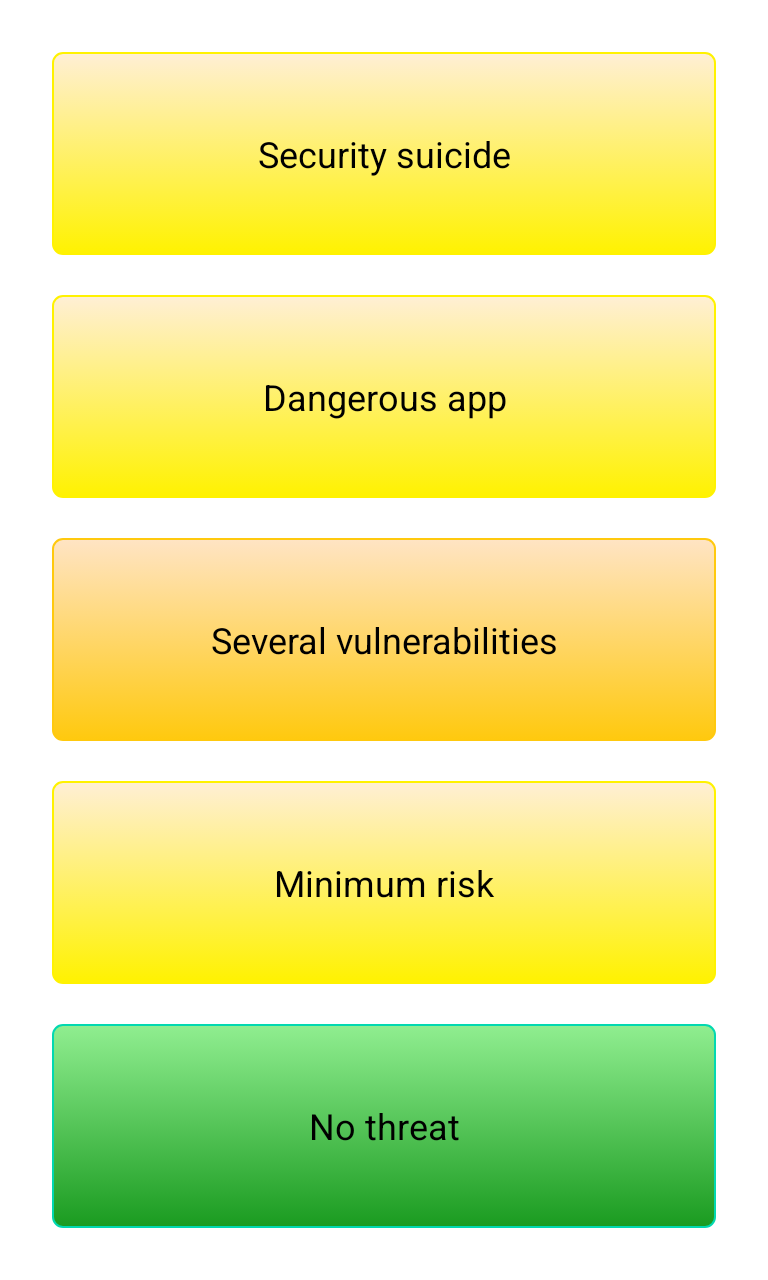
Repository: n0whereman/feidroid
Layout: Src/ApplicationViewer/res/layout/fragment_analysis2.xml
The author's editor kept a copy of each file at every save. The layout is drawn from the files as they stood at one save, then again after the next save.
It is drawn on a 768 x 1280 px phone screen (xhdpi) without system bars, with theme android:Theme.Holo.Light; the app's code is not run.

Above is the layout before, as saved 2015-04-25 20:30:41.

After the next save:
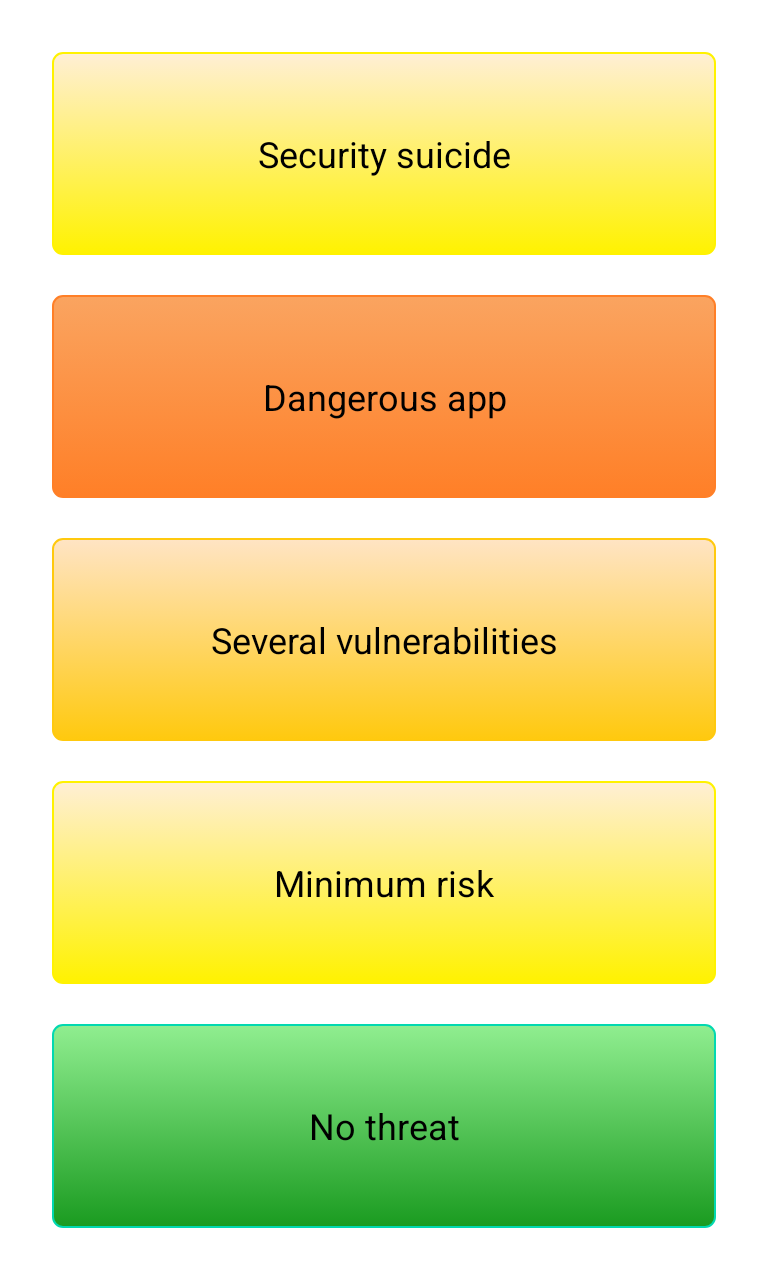
Saved 8 s later.
--- a/Src/ApplicationViewer/res/layout/fragment_analysis2.xml
+++ b/Src/ApplicationViewer/res/layout/fragment_analysis2.xml
@@ -26,7 +26,7 @@
         android:layout_height="wrap_content"
         android:layout_weight="1"
         android:text="@string/threadLvl4"
-        android:background="@drawable/button_thread2"
+        android:background="@drawable/button_thread4"
         android:layout_margin="10dp" />
 
     <Button
